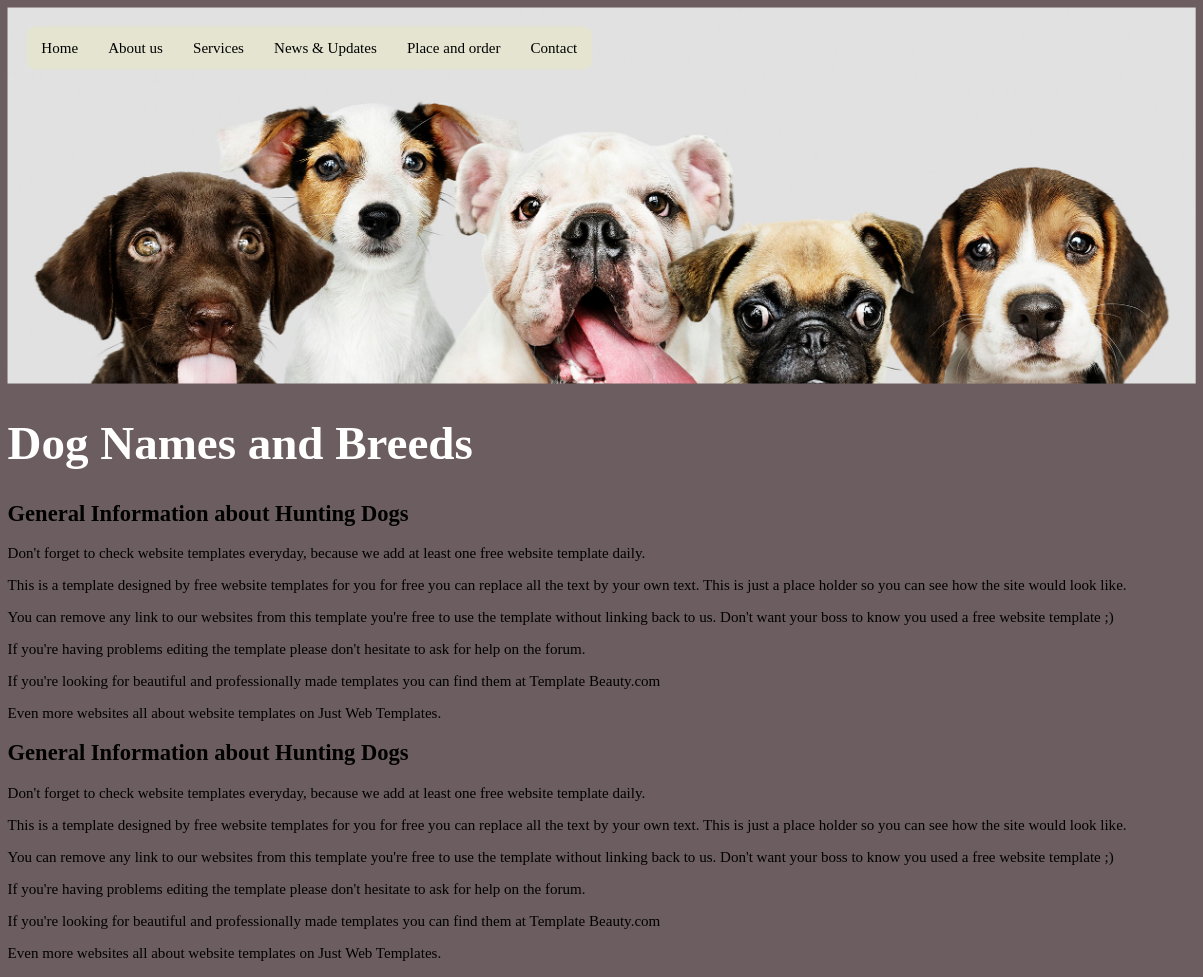
Repository: Tayma-Kazmouz/labwork
Page: index.html
An editor plug-in stored every save of this project. The page is shown before and after the next save, followed by the edit.
The browser window is 1280 px wide. The pictures show the whole page, at 94% of full size.

Above is the page before, as saved 2022-04-04 16:34:31.

### index.html
<!DOCTYPE html>
<html lang="en">
<head>
    <meta charset="UTF-8">
    <meta http-equiv="X-UA-Compatible" content="IE=edge">
    <meta name="viewport" content="width=device-width, initial-scale=1.0">
    <title>LabWork1</title>
    <link rel="stylesheet" href="styles.css">
</head>
<body>
    <div class="banner">
          <div class="nav">
            <ul>
                <li><a class="active" href="#">Home</a></li>
                <li><a href="#">About us</a></li>
                <li><a href="#">Services</a></li>
                <li><a href="#">News & Updates</a></li>
                <li><a href="#">Place and order</a></li>
                <li><a href="#">Contact</a></li>
            </ul>
        </div>
      </div>
      <h1>Dog Names and Breeds</h1>
      <div class="container-one">

          <h2>General Information about Hunting Dogs</h2>
          <p>Don't forget to check website templates everyday, because we add at least one free website template daily.</p>
          <p>This is a template designed by free website templates for you for free you can replace all the text by your own text. This is just a place holder so you can see how the site would look like.</p>
          <p>You can remove any link to our websites from this template you're free to use the template without linking back to us. Don't want your boss to know you used a free website template ;)</p>
          <p>If you're having problems editing the template please don't hesitate to ask for help on the forum.</p>
          <p>If you're looking for beautiful and professionally made templates you can find them at Template Beauty.com</p>
          <p>Even more websites all about website templates on Just Web Templates.</p>

          <h2>General Information about Hunting Dogs</h2>
          <p>Don't forget to check website templates everyday, because we add at least one free website template daily.</p>
          <p>This is a template designed by free website templates for you for free you can replace all the text by your own text. This is just a place holder so you can see how the site would look like.</p>
          <p>You can remove any link to our websites from this template you're free to use the template without linking back to us. Don't want your boss to know you used a free website template ;)</p>
          <p>If you're having problems editing the template please don't hesitate to ask for help on the forum.</p>
          <p>If you're looking for beautiful and professionally made templates you can find them at Template Beauty.com</p>
          <p>Even more websites all about website templates on Just Web Templates.</p>
      </div>
</body>
</html>

### styles.css
body{
    background-color: rgb(107, 93, 96);
}

.banner{
    background-image: url(images/banner.jpg);
    height: 400px;
    position: relative;
    background-position: center;
    background-repeat: no-repeat;
    background-size: cover;
}

.nav{
    background-color: rgb(228, 228, 208);
    border-radius: 10px;
    width: auto;
    position: absolute;
    margin: 20px;
}
ul {
    list-style-type: none;
    margin: 0;
    padding: 0;
    overflow: hidden;
  }

  li {
    float: left;
  }

  li a {
    display: block;
    color: black;
    text-align: center;
    padding: 14px 16px;
    text-decoration: none;
  }

h1{
    color: white;
    font-weight: 600px;
    font-size: 50px;
}

After the next save:
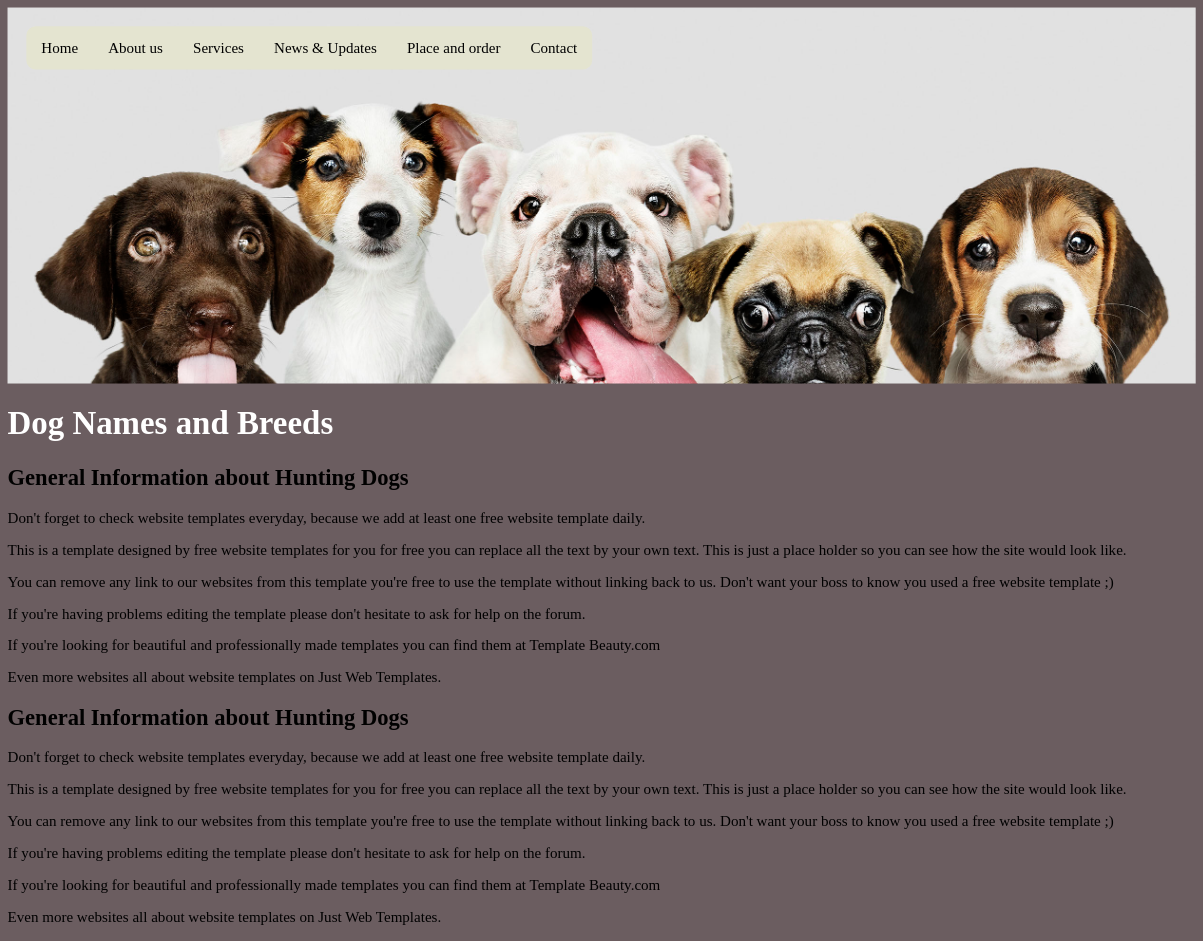
Saved 6 s later.
--- a/styles.css
+++ b/styles.css
@@ -40,5 +40,5 @@ ul {
 h1{
     color: white;
     font-weight: 600px;
-    font-size: 50px;
+    font-size: 35px;
 }
